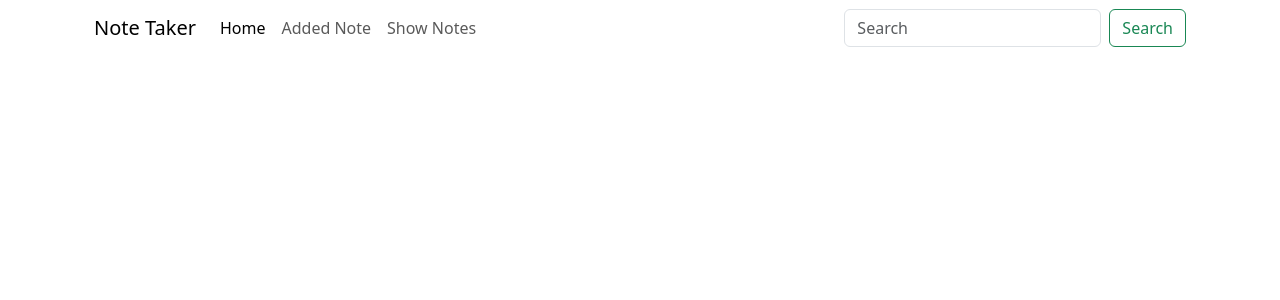
Repository: ArbabAdnan/hibernate
Page: http://localhost/NoteTaker/
These files come from the project's save history. The page is drawn as it stood at one moment and after the next save; the edit follows.
The browser window is 1280 px wide. The pictures show the whole page.
The page is served by Tomcat 9. Other server files are loaded and not shown.

Above is the page before, as saved 2023-02-11 13:59:00.

### NoteTaker/src/main/webapp/index.jsp
<!doctype html>
<html lang="en">
  <head>
    <meta charset="utf-8">
    <meta name="viewport" content="width=device-width, initial-scale=1">
    <title>NoteTaker</title>
    <link href="https://cdn.jsdelivr.net/npm/bootstrap@5.3.0-alpha1/dist/css/bootstrap.min.css" rel="stylesheet" integrity="sha384-GLhlTQ8iRABdZLl6O3oVMWSktQOp6b7In1Zl3/Jr59b6EGGoI1aFkw7cmDA6j6gD" crossorigin="anonymous">
    <link href ="css/style.css" rel="stylesheet" />
  </head>
  <body>

    <div class="container">
    	<%@include file="navbar.jsp" %>
    </div>


    <script src="https://cdn.jsdelivr.net/npm/bootstrap@5.3.0-alpha1/dist/js/bootstrap.bundle.min.js" integrity="sha384-w76AqPfDkMBDXo30jS1Sgez6pr3x5MlQ1ZAGC+nuZB+EYdgRZgiwxhTBTkF7CXvN" crossorigin="anonymous"></script>
  </body>
</html>

### NoteTaker/src/main/webapp/navbar.jsp
<nav class="navbar navbar-expand-lg navbar-bg-dark purple">
  <div class="container-fluid">
    <a class="navbar-brand" href="#">Note Taker</a>
    <button class="navbar-toggler" type="button" data-bs-toggle="collapse" data-bs-target="#navbarSupportedContent" aria-controls="navbarSupportedContent" aria-expanded="false" aria-label="Toggle navigation">
      <span class="navbar-toggler-icon"></span>
    </button>
    <div class="collapse navbar-collapse" id="navbarSupportedContent">
      <ul class="navbar-nav me-auto mb-2 mb-lg-0">
        <li class="nav-item">
          <a class="nav-link active" aria-current="page" href="#">Home</a>
        </li>
        <li class="nav-item">
          <a class="nav-link" href="#">Added Note</a>
        </li>

        <li class="nav-item">
          <a class="nav-link ">Show Notes</a>
        </li>
      </ul>
      <form class="d-flex" role="search">
        <input class="form-control me-2" type="search" placeholder="Search" aria-label="Search">
        <button class="btn btn-outline-success" type="submit">Search</button>
      </form>
    </div>
  </div>
</nav>

### NoteTaker/src/main/webapp/css/style.css
purple{
	background: #3f51b5;
}

After the next save:
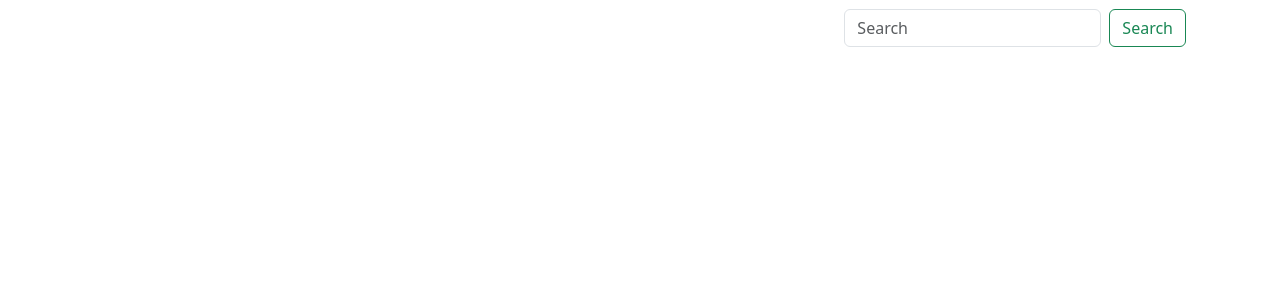
Saved 16 s later.
--- a/NoteTaker/src/main/webapp/navbar.jsp
+++ b/NoteTaker/src/main/webapp/navbar.jsp
@@ -1,4 +1,4 @@
-<nav class="navbar navbar-expand-lg navbar-bg-dark purple">
+<nav class="navbar navbar-expand-lg navbar-dark purple">
   <div class="container-fluid">
     <a class="navbar-brand" href="#">Note Taker</a>
     <button class="navbar-toggler" type="button" data-bs-toggle="collapse" data-bs-target="#navbarSupportedContent" aria-controls="navbarSupportedContent" aria-expanded="false" aria-label="Toggle navigation">

After the save that followed:
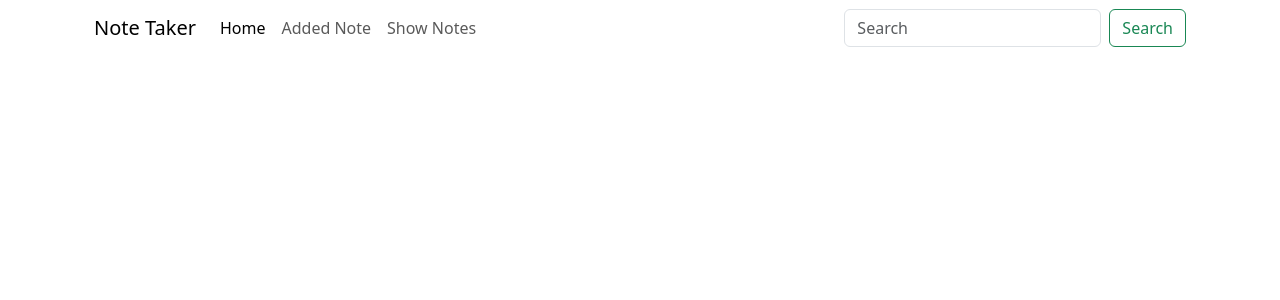
Saved 42 s later.
--- a/NoteTaker/src/main/webapp/navbar.jsp
+++ b/NoteTaker/src/main/webapp/navbar.jsp
@@ -1,4 +1,4 @@
-<nav class="navbar navbar-expand-lg navbar-dark purple">
+<nav class="navbar navbar-expand-lg navbar-light purple">
   <div class="container-fluid">
     <a class="navbar-brand" href="#">Note Taker</a>
     <button class="navbar-toggler" type="button" data-bs-toggle="collapse" data-bs-target="#navbarSupportedContent" aria-controls="navbarSupportedContent" aria-expanded="false" aria-label="Toggle navigation">
